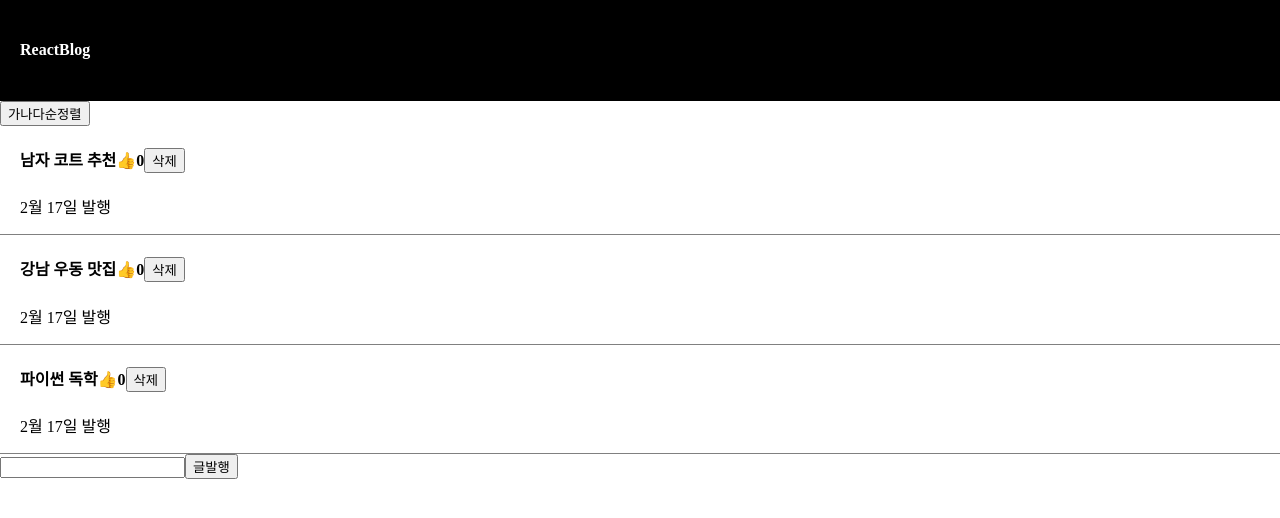
Repository: thinkseaweave/applecoding
Page: /
An editor plug-in stored every save of this project. The page is shown before and after the next save, followed by the edit.
The browser window is 1280 px wide. The pictures show the whole page.
The project was rebuilt for these pictures with package versions that can differ from the ones it lists, and the page was loaded fresh each time. Also part of the build but not shown: vite.config.js, src/index.css.

Above is the page before, as saved 2025-01-30 02:39:40.

After the next save:
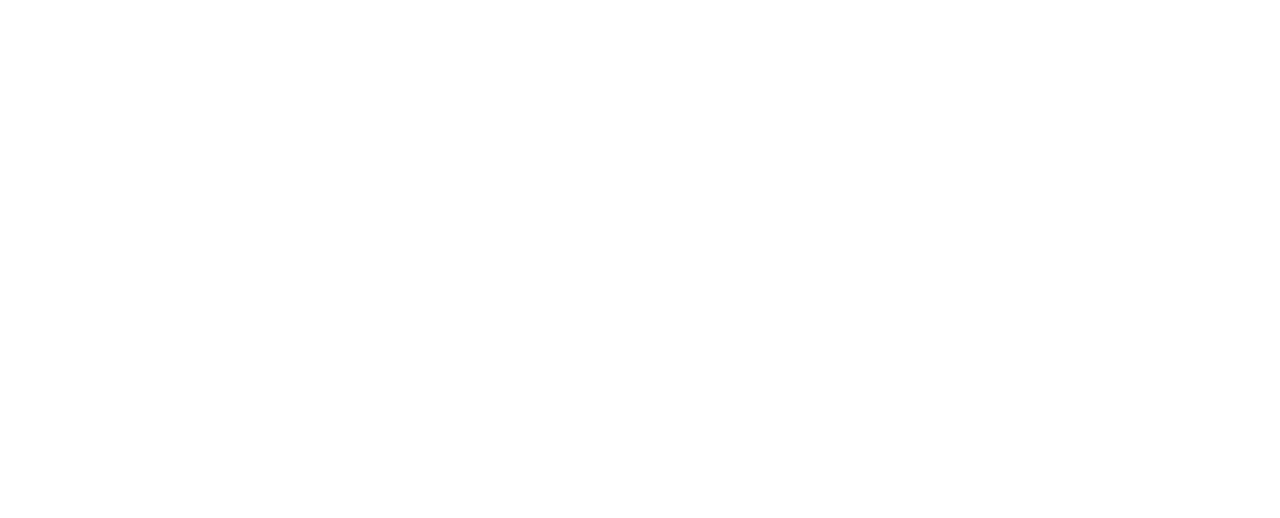
Console error: ReferenceError: i is not defined
Saved 43 s later.
--- a/src/App.jsx
+++ b/src/App.jsx
@@ -66,7 +66,7 @@
                 삭제
               </button>
             </h4>
-            <p> 2월 17일 발행</p>
+            <p> {발행일[i]} 발행</p>
           </div>
         );
       })}

After the 4 saves that followed:
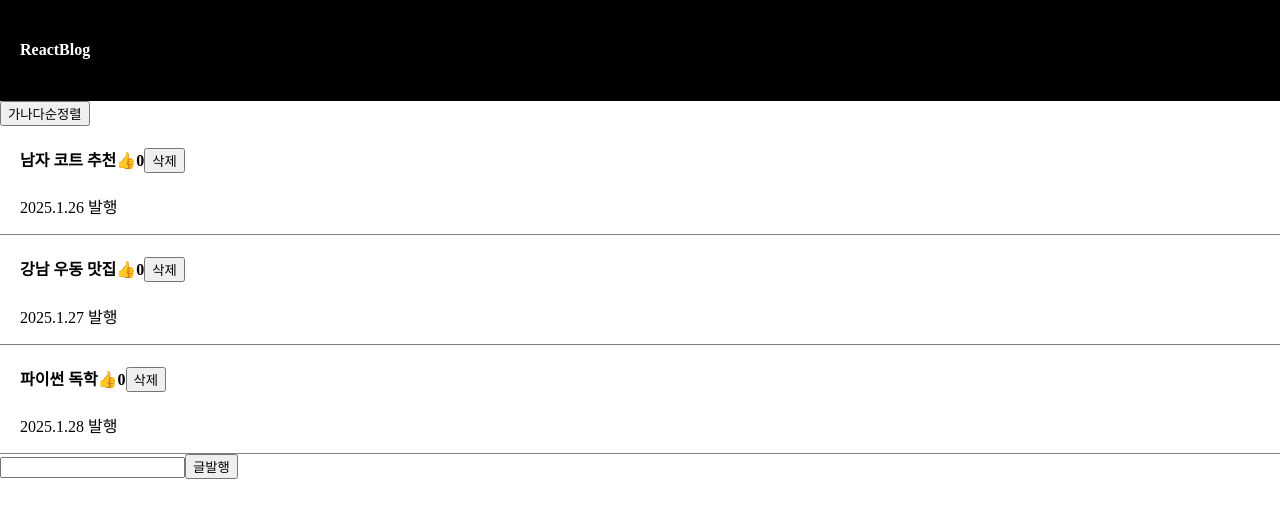
The error is gone.
The 4 saves are shown as one change because 3 left the picture as it was.
The last was saved 9 min 6 s later.
--- a/src/App.jsx
+++ b/src/App.jsx
@@ -59,14 +59,14 @@
                     ...글제목.slice(0, index),
                     ...글제목.slice(index + 1, 글제목.length),
                   ];
-                  //copy.splice(index,1)
+                  //copy.splice(index,1)   이런방식도 있지만...내방식이 더좋다 > <
                   글제목변경(글제목copy);
                 }}
               >
                 삭제
               </button>
             </h4>
-            <p> {발행일[i]} 발행</p>
+            <p> {발행일[index]} 발행</p>
           </div>
         );
       })}
@@ -85,6 +85,12 @@
           const 따봉copy = [...따봉];
           따봉copy.unshift(0);
           따봉변경(따봉copy);
+
+          const 발행일copy = [...발행일];
+          const date = new Date();
+          const nowStr = `${date.getFullYear()}.${date.getMonth()}.${date.getDate()}`;
+          발행일copy.unshift(nowStr);
+          발행일변경(발행일copy);
         }}
       >
         글발행
